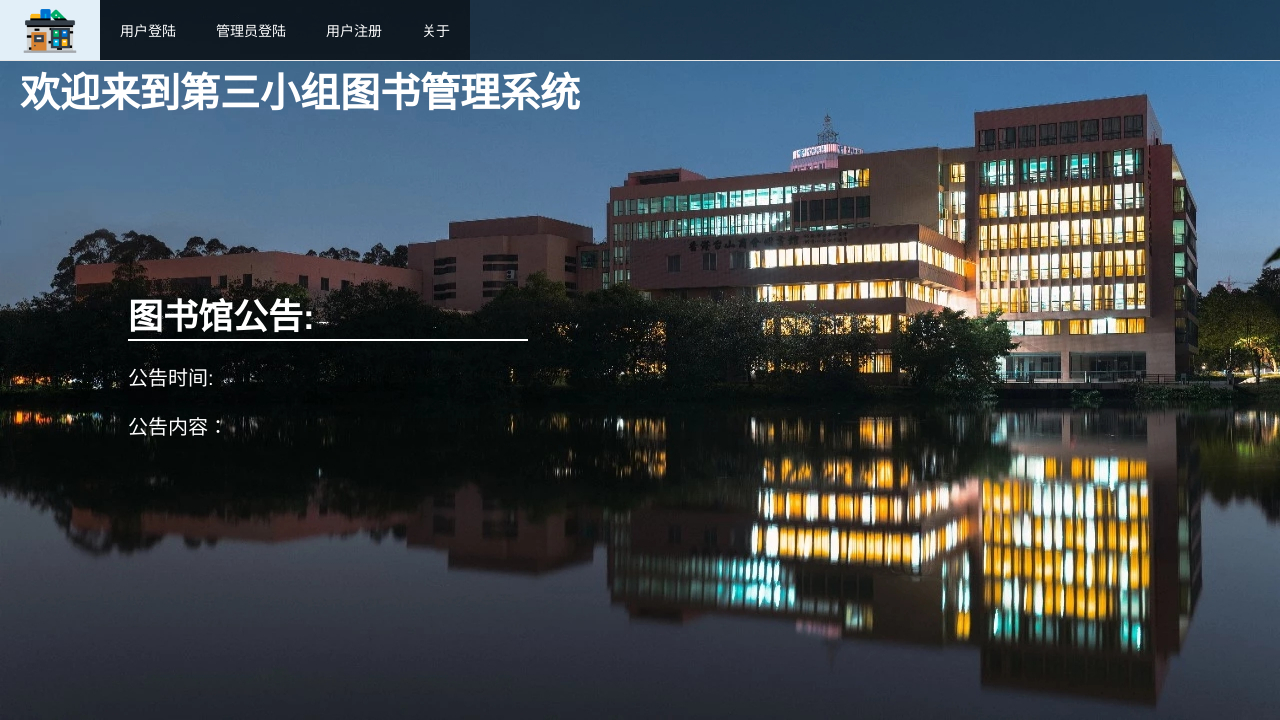
Repository: Akron-xz/helloVue
Page: / (app in vue-library/)
These files come from the project's save history. The page is drawn as it stood at one moment and after the next save; the edit follows.
The browser window is 1280 px wide. The pictures show the whole page.
The pointer rests on the first visible `.el-menu-item`.
The page's requests for data from a server got no answer. The project was rebuilt for these pictures with package versions that can differ from the ones it lists, and the page was loaded fresh each time. No one was signed in, and anything a server would have sent is missing.

Above is the page before, as saved 2020-11-26 19:37:51.

### vue-library/public/index.html
<!DOCTYPE html>
<html lang="en">

<head>
    <meta charset="utf-8">
    <meta http-equiv="X-UA-Compatible" content="IE=edge">
    <meta name="viewport" content="width=device-width,initial-scale=1.0">
    <link rel="icon" href="<%= BASE_URL %>img/libraryIcon.png">
    <title>图书馆管理系统</title>
</head>

<body>
    <noscript>
      <strong>We're sorry but <%= htmlWebpackPlugin.options.title %> doesn't work properly without JavaScript enabled. Please enable it to continue.</strong>
    </noscript>
    <div id="app"></div>
    <!-- built files will be auto injected -->
</body>

</html>

### vue-library/src/main.js
import Vue from 'vue'
import App from './App.vue'
import ElementUI from 'element-ui';
import 'element-ui/lib/theme-chalk/index.css';
import axios from "axios"
import router from './router'
import Router from 'vue-router'

const routerPush = Router.prototype.push
Router.prototype.push = function push(location) {
    return routerPush.call(this, location).catch(error => error)
}

Vue.config.productionTip = false
Vue.use(ElementUI);
Vue.prototype.$axios = axios;


new Vue({
    router,
    render: h => h(App)
}).$mount('#app')

### vue-library/src/router/index.js
import Vue from 'vue'
import VueRouter from 'vue-router'
import Home from '../views/Home.vue'


Vue.use(VueRouter)

const routes = [{
        path: '/',
        name: 'Home',
        component: Home
    },
    {
        path: '/about',
        name: 'About',
        // route level code-splitting
        // this generates a separate chunk (about.[hash].js) for this route
        // which is lazy-loaded when the route is visited.
        component: () =>
            import ( /* webpackChunkName: "about" */ '../views/About.vue')
    },
    {
        path: '/admin',
        name: 'Admin',
        // route level code-splitting
        // this generates a separate chunk (about.[hash].js) for this route
        // which is lazy-loaded when the route is visited.
        component: () =>
            import ( /* webpackChunkName: "about" */ '../views/Administrator.vue')
    },
    {
        path: "/userLogin",
        name: "UserLogin",
        component: () =>
            import ('../views/UserLogin.vue')
    },
    {
        path: "/user",
        name: "User",
        component: () =>
            import ( /* webpackChunkName: "about" */ '../views/User.vue')
    },
    {
        path: "/signup",
        name: "SignUp",
        component: () =>
            import ('../views/SignUp.vue')
    },
    {
        path: "/adminmain",
        name: "AdminMain",
        component: () =>
            import ('../views/AdminMain.vue')
    },
    {

        path: "/MyInformation",
        name: "MyInformation",
        component: () =>
            import ('../views/MyInformation.vue')
    },
    {
        path: "/library",
        name: "Library",
        component: () =>
            import ( /* webpackChunkName: "about" */ '../views/Library.vue')

    },
    {
        path: "/modifymsg",
        name: "ModifyMsg",
        component: () =>
            import ('../views/ModifyMsg.vue')
    },
    {
        path: "/borrowhistory",
        name: "BorrowHistory",
        component: () =>
            import ('../views/BorrowHistory.vue')
    },
    {
        path: "/newissue",
        name: "NewIssue",
        component: () =>
            import ('../views/NewIssue.vue')
    },
    {
        path: "/booksearch",
        name: "BookSearch",
        component: () =>
            import ('../views/BookSearch.vue')
    },
    {
        path: "/MyBookshelves",
        name: "MyBookshelves",
        component: () =>
            import ('../views/MyBookshelves.vue')
    },
    {
        path: "/modifyAnnounce",
        name: "ModifyAnnounce",
        component: () =>
            import ('../views/ModifyAnnounce.vue')
    },
    {
        path: "/statistics",
        name: "Statistics",
        component: () =>
            import ('../views/Statistics.vue')
    },
    {
        path: "/thanks",
        name: "Thanks",
        component: () =>
            import ('../views/Thanks.vue')
    },


]

const router = new VueRouter({
    routes
})

export default router

### vue-library/src/views/Home.vue
<template>
  <div class="home-container">
    <homeNavigation></homeNavigation>
    <!-- <div class="login box">
      <img src="/img/home/userIcon.png" alt="" class="login-img" @click="toLogin" />
      <p class="logo-name" @click="toLogin">用户登录</p>
    </div>

    <div class="admin box">
      <img src="/img/home/manageIcon.png" alt="" class="admin-img" @click="toAdmin" />
      <p class="logo-name" @click="toAdmin">管理员登录</p>
    </div>

    <div class="signup box">
      <img
        src="/img/home/signupIconWhite.png"
        alt=""
        class="signup-img"
        @click="toSignUp"
      />
      <p class="logo-name" @click="toSignUp">用户注册</p>
    </div> -->
    <div class="welcomeWord">
      <h1>欢迎来到第三小组图书管理系统</h1>
    </div>

    <div class="announce-box">
      <h2>图书馆公告:</h2>
      <div class="link-top"></div>
      <p>公告时间:{{ announceTimeStr }}</p>
      <p>公告内容：{{ announceContent }}</p>
    </div>
    <div class="img">
      <!-- <img src="/img/anoncementImg.svg" alt="" class="anoncementImg">  -->
    </div>
  </div>
</template>>


<script>
import axios from "axios";
import homeNavigation from "@/components/homeNav.vue";
export default {
  components: {
    homeNavigation,
  },
  data() {
    return {
      announceTimeStr: "",
      announceContent: "",
      permission: false,
    };
  },
  methods: {
    getAnnounce() {
      axios({
        method: "get",
        url: "http://192.168.3.23:8081/announce/list",
      })
        .then((res) => {
          let announceContent = res.data.announceContent;
          this.announceContent = announceContent;
          this.announceTimeStr = res.data.announceTimeStr;
          console.log(announceContent);
          console.log(this.announceTimeStr);
        })
        .catch(function (error) {
          //请求失败
          console.log("error...", error);
        });
    },
    // 登录
    toLogin() {
      this.permission = true;
      this.$router.push({ path: "/UserLogin" });
    },
    // 管理员登录
    toAdmin() {
      this.permission = true;
      this.$router.push({ path: "/admin" });
    },
    // 注册账号
    toSignUp() {
      this.permission = true;
      this.$router.push({ path: "/signup" });
    },
  },
  created() {
    this.getAnnounce();
  },

  // 只有点击上面 用户登录 或 管理员登录 或 注册 才能跳转 (导航守卫)
  // beforeRouteLeave (to, from, next) {
  //   if (this.permission) {
  //     next();
  //   }else {
  //     next(false);
  //   }
  // }
};
</script>

<style  scoped>
.home-container {
  position: fixed;
  left: 0;
  top: 0;
  width: 100%;
  height: 100%;
  background-repeat: no-repeat;
  background-image: url(/img/divBg/bg32.jpg);
  background-size: 100% 100%;
  text-align: center;
}

.login-img {
  width: 150px;
  height: 150px;
  margin-top: 50px;
  opacity: 0.7;
}

.admin-img {
  width: 150px;
  height: 150px;
  margin-top: 50px;
  cursor: pointer;
}

.signup-img {
  width: 150px;
  height: 150px;
  margin-top: 50px;
}

.logo-name:hover {
  cursor: pointer;
  color: blue;
}

.box {
  list-style-type: none;
  float: left;
  margin-top: 10px;
  margin-left: 10px;
  width: 31%;
}

.login {
  background-image: url(/img/divBg/bg6.jpg);
  background-size: 100% 100%;
}

.admin {
  background-image: url(/img/divBg/bg2.jpg);
  background-size: 100% 100%;
}

.signup {
  background-image: url(/img/divBg/bg3.jpg);
  background-size: 100% 100%;
}

.logo-name {
  color: black;
}

.announce-box {
  position: fixed;
  top: 40%;
  left: 50%;
  height: 200px;
  width: 400px;
  margin-left: -40%;
  background: none;
}

.welcomeWord {
  margin-top: 30px;
  margin-left: 20px;
  float: left;
  background: none;
  margin-top: 0px;
}

.welcomeWord h1 {
  font-size: 40px;
  margin-top: 0px;
  color: white;
}

.announce-box p {
  color: white;
  font-size: 20px;
  text-align: left;
}

.link-top {
  width: 100%;
  height: 1px;
  border-top: solid white 2px;
}
.announce-box h2 {
  font-size: 35px;
  color: white;
  margin-top: 0;
  margin-bottom: 0;
  text-align: left;
}

.anoncementImg {
  position: relative;
  bottom: 30%;
}
</style>>

### vue-library/src/components/homeNav.vue
<template>

    <div class="navigation-bar">
        <el-menu
            class="el-menu-demo"
            mode="horizontal"
            @select="handleSelect"
            background-color="#00000080"
            text-color="#ffffff"
            text-font="15px"
            border="none"
            >


            <el-menu-item index="1" @click="toMain">
                <img src="/img/libraryIcon.png" alt="" target="_self" class="libraryIcon">
            </el-menu-item>

            <el-menu-item index="2" @click="toLogin">
                <a  target="_self"  >用户登陆</a>
            </el-menu-item>

            <el-menu-item index="3" @click="toAdministrator">
                <a  target="_self">管理员登陆</a>
            </el-menu-item>

            <el-menu-item index="4" @click="toSignUp">
                <a  target="_self">用户注册</a>
            </el-menu-item>

            <el-menu-item index="5" @click="toThanks">
                <a  target="_self">关于</a>
            </el-menu-item>

            <!-- <el-menu-item index="5" @click="toLibrary">
                <a  target="_self">图书馆</a>
            </el-menu-item> -->

            <!-- <el-menu-item index="6" class="exitIcon">
                <img src="/img/logoutIcon.png" alt="" target="_self" class="logoutIcon">
            </el-menu-item> -->

            <!-- <el-menu-item index="6" @click="toMain">
                <a  target="_self">返回主页</a>
            </el-menu-item> -->
        </el-menu>

    </div>
</template>

<script>
export default {
    name:"Nav",
    data() {
      return {
        activeIndex: '1'
      }
    },
    methods: {
    handleSelect(key, keyPath) {
      console.log(key, keyPath);
    },
    toMain(){
      this.$router.push({path:'/'});
    },

    toLogin(){
      this.$router.push({path:'/UserLogin'});
    },
    toAdministrator(){
      this.$router.push({path:'/Admin'});
    },
    toSignUp(){
      this.$router.push({path:'/SignUp'});
    },
    toThanks(){
      this.$router.push({path:'/Thanks'});
    },




  },

}
</script>>

<style scoped>
.libraryIcon{
  height: 60px;
  width: 60px;
}

.exitIcon{
  float: right;
}

.logoutIcon{
  height: 40px;
  width: 40px;
}



.el-menu-item:hover{
    background-color: #E2EFF9 !important;
    color: #38B2FF !important;

}

.el-menu-item.is-active {
    border-left:#33A2EF solid 6px !important;
    background-color: #E2EFF9 !important;
    color: #38B2FF !important;
}
</style>

Loaded but not shown: vue-library/src/App.vue (common file)

After the next save:
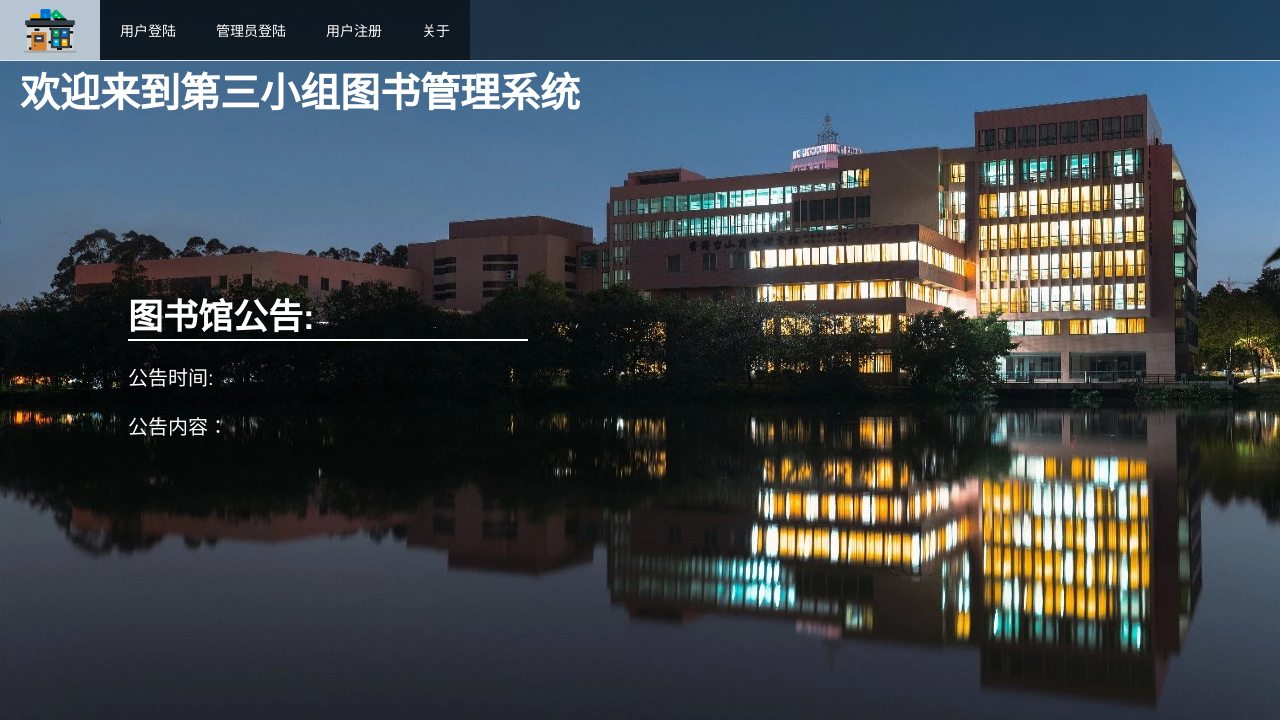
Saved 23 s later.
--- a/vue-library/src/components/homeNav.vue
+++ b/vue-library/src/components/homeNav.vue
@@ -103,7 +103,7 @@ export default {
 
 
 .el-menu-item:hover{
-    background-color: #E2EFF9 !important;
+    background-color: #e2eff9c7 !important;
     color: #38B2FF !important;
 
 }

After the 2 saves that followed:
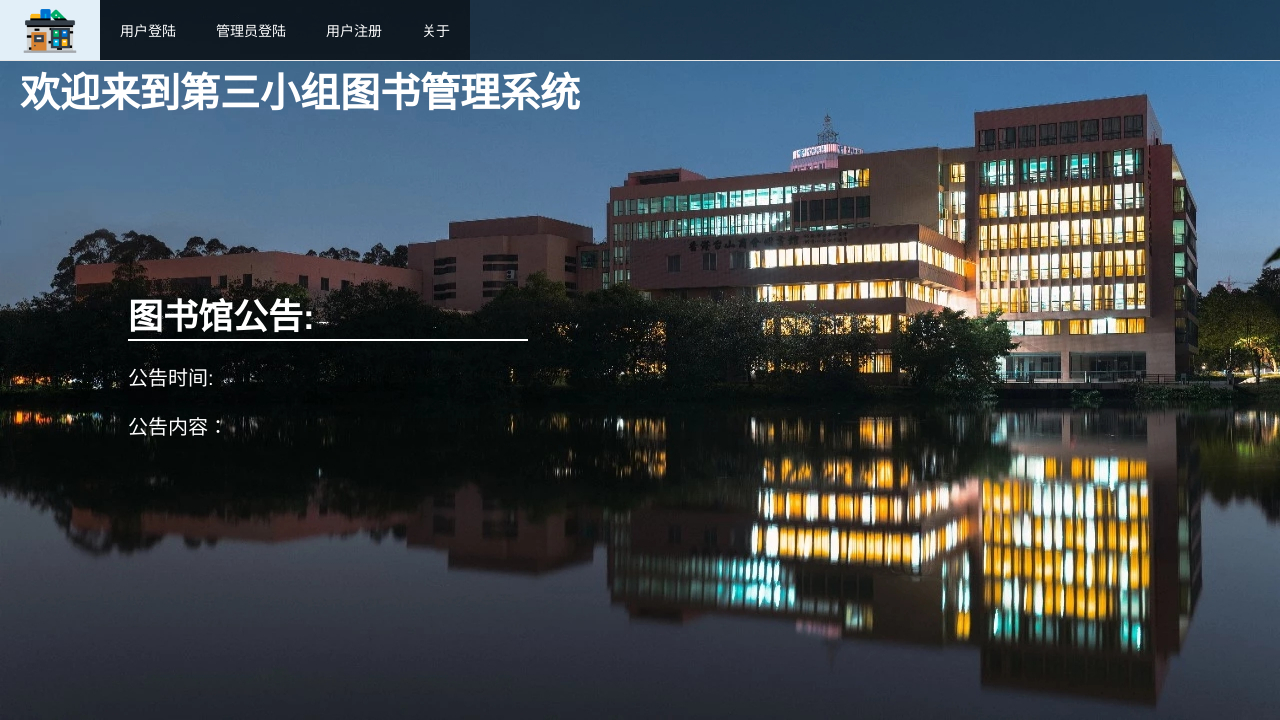
The 2 saves are shown as one change because 1 left the picture as it was.
The last was saved 25 s later.
--- a/vue-library/src/components/homeNav.vue
+++ b/vue-library/src/components/homeNav.vue
@@ -103,8 +103,8 @@ export default {
 
 
 .el-menu-item:hover{
-    background-color: #e2eff9c7 !important;
-    color: #38B2FF !important;
+    background-color: #E2EFF9 !important;
+    color: #000000 !important;
 
 }
 
